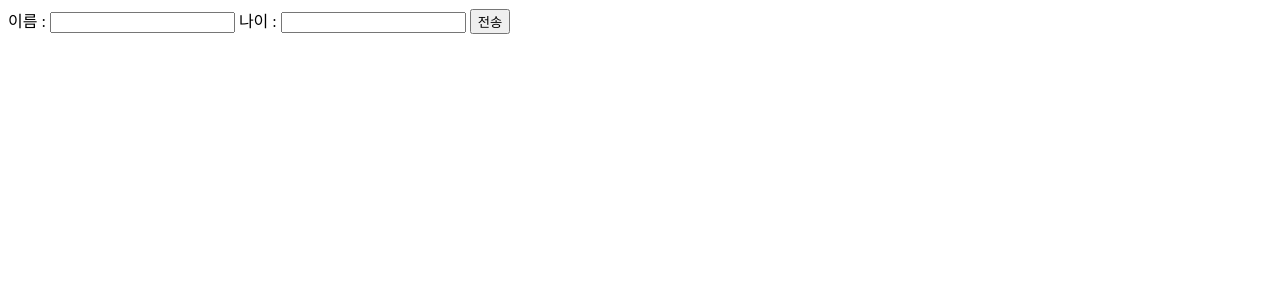
Repository: novemberjj/jsp
Page: http://localhost/jstl_study/step5-form.jsp
The author's editor kept a copy of each file at every save. The page is drawn from the files as they stood at one save, then again after the next save.
The browser window is 1280 px wide. The pictures show the whole page.
The page is served by Tomcat 9. Other server files are loaded and not shown.

Above is the page before, as saved 2023-05-10 01:25:38.

### jstl_project/jstl_study/src/main/webapp/step5-form.jsp
<%@ page language="java" contentType="text/html; charset=UTF-8"
    pageEncoding="UTF-8"%>

<!DOCTYPE html>
<html>
<head>
<meta charset="UTF-8">
<title>Insert title here</title>
</head>
<body>
<form action="step5-action.jsp">
	이름 : <input type="text" name="name">
	나이 : <input type="text" name="age">
	<button type="submit">전송</button>
</form>

</body>
</html>

After the next save:
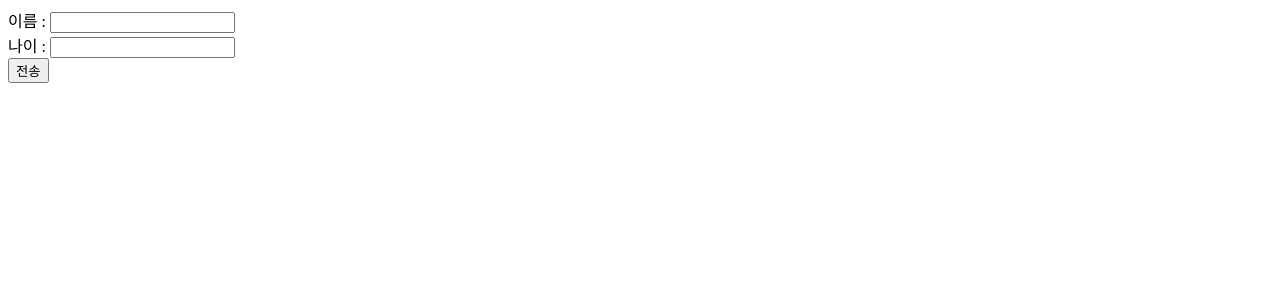
Saved 94 s later.
--- a/jstl_project/jstl_study/src/main/webapp/step5-form.jsp
+++ b/jstl_project/jstl_study/src/main/webapp/step5-form.jsp
@@ -9,8 +9,8 @@
 </head>
 <body>
 <form action="step5-action.jsp">
-	이름 : <input type="text" name="name">
-	나이 : <input type="text" name="age">
+	이름 : <input type="text" name="name"> <br>
+	나이 : <input type="text" name="age"> <br>
 	<button type="submit">전송</button>
 </form>
 
